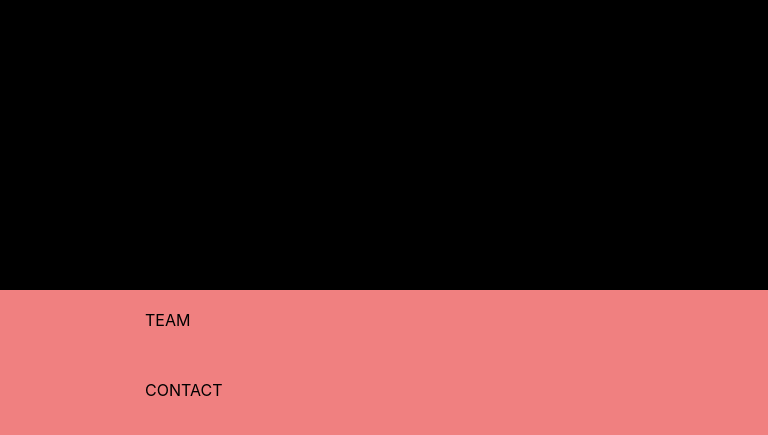
Repository: ooter37/media-queries-afternoon
Page: / (app in portfolio-clone/)
These files come from the project's save history. The page is drawn as it stood at one moment and after the next save; the edit follows.
The browser window is 768 px wide. The pictures show the whole page.
The project was rebuilt for these pictures with package versions that can differ from the ones it lists, and the page was loaded fresh each time.

Above is the page before, as saved 2020-04-13 14:03:30.

### portfolio-clone/src/App.js
import React from 'react';
import './App.css';
import Banner from './Components/Banner'

function App() {
  return (
    <div className="App">
      <Banner />
    </div>
  );
}

export default App;

### portfolio-clone/src/App.css
body {
  width: 100vw;
  background-color: lightcoral;
}

.header {
  width: 100%;
  height: 80px;
  background-color: lightgrey;
  display: flex;
}

.navbar {
  height: 100%;
  width: 100%;
  display: flex;
  align-items: center;
}

.buttons {
  width: 400px;
	display: flex;
	flex-direction: row;
	justify-content: space-between;
  align-items: center;
  position: fixed;
  top: 30px;
  right: 20px;
}
.buttons-background {
  width: 100vw;
  height: 500px;
}

.start-bootstrap {
  width: 400px;
  display: flex;
  justify-content: center;
  position: fixed;
  top: 30px;
  left: 0px;
}

@media screen and (max-width: 991px) {
  .buttons-background {
    background-color: black;
  }
  .buttons {
    flex-direction: column;
    align-items: baseline;
    min-width: 300px;
    height: 300px;
    left: 145px;
    top: 100px;
  }

}

### portfolio-clone/src/Components/Banner.js
import React from 'react'



export default class Banner extends React.Component {
    constructor() {
        super()

    }
    render() {
        return (
            <header className='header'>
                <nav className='navbar'>
                    <div className='start-bootstrap'>Start Bootstrap</div>
                    <div className='buttons-background'>
                    <div className='buttons'>

                            <div>SERVICES</div>

                            <div>PORTFOLIO</div>

                            <div>ABOUT</div>

                            <div>TEAM</div>

                            <div>CONTACT</div>

                    </div>
                    </div>
                </nav>
            </header>
        )
    }
}

Loaded but not shown: portfolio-clone/public/index.html (common file); portfolio-clone/src/index.js (common file); portfolio-clone/src/index.css (common file); portfolio-clone/src/serviceWorker.js (common file)

After the next save:
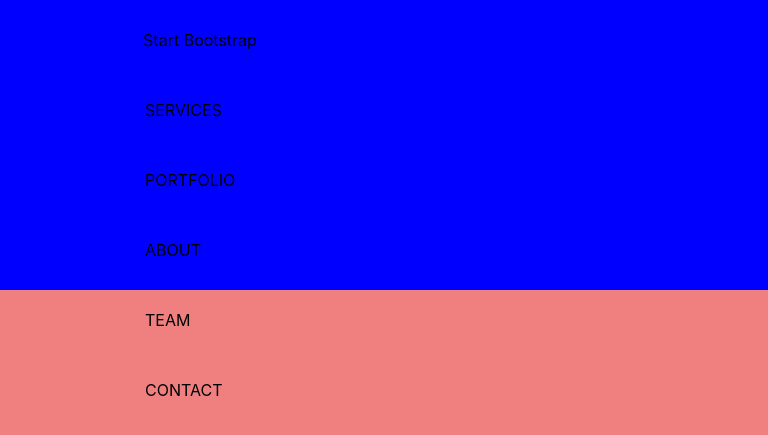
Saved 12 s later.
--- a/portfolio-clone/src/App.css
+++ b/portfolio-clone/src/App.css
@@ -43,7 +43,7 @@ body {
 
 @media screen and (max-width: 991px) {
   .buttons-background {
-    background-color: black;
+    background-color: blue;
   }
   .buttons {
     flex-direction: column;
